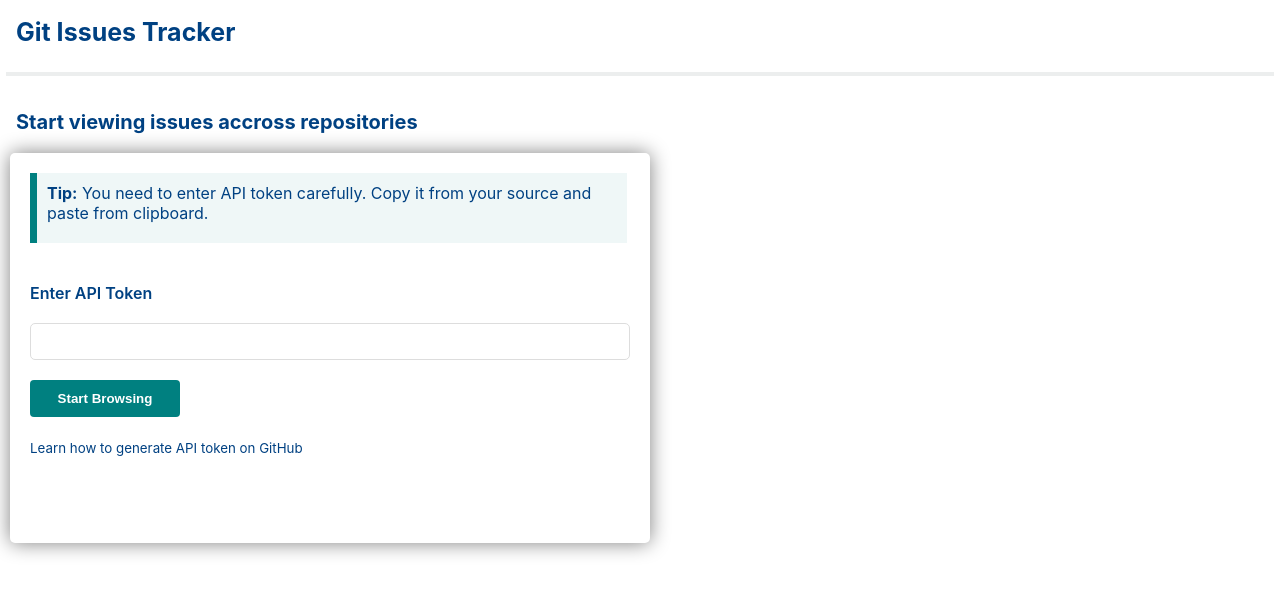
Repository: duzzisantos/github-repos-react-graphql
Page: /start
These files come from the project's save history. The page is drawn as it stood at one moment and after the next save; the edit follows.
The browser window is 1280 px wide. The page is 1285 px wide, so the pictures cover 1285 px, including what lies to the right of the window. The pictures show the whole page.
The project was rebuilt for these pictures with package versions that can differ from the ones it lists, and the page was loaded fresh each time. Also part of the build but not shown: src/App.css, src/components/table/Filters.tsx, src/components/table/Pagination.tsx, src/components/table/TableComponent.tsx, src/components/table/columnHelpers.ts, src/utilities/funtions.ts, src/pages/Repositories.tsx, src/components/cards/Cards.tsx and 1 more.

Above is the page before, as saved 2024-06-17 18:36:01.

### src/index.tsx
import React from "react";
import ReactDOM from "react-dom/client";
import "./index.css";
import App from "./App";
import reportWebVitals from "./reportWebVitals";
import { BrowserRouter } from "react-router-dom";
import { ApolloProvider } from "@apollo/client";
import client from "./api/apolloClient";

const root = ReactDOM.createRoot(
  document.getElementById("root") as HTMLElement
);
root.render(
  <React.StrictMode>
    <BrowserRouter>
      <ApolloProvider client={client}>
        <App />
      </ApolloProvider>
    </BrowserRouter>
  </React.StrictMode>
);

// If you want to start measuring performance in your app, pass a function
// to log results (for example: reportWebVitals(console.log))
// or send to an analytics endpoint. Learn more: https://bit.ly/CRA-vitals
reportWebVitals();

### src/App.tsx
import React from "react";
import "./App.scss";
import "./App.css";
import { Routes, Route } from "react-router-dom";
import StartPage from "./pages/StartPage";
import Repositories from "./pages/Repositories";
import ViewRepository from "./pages/ViewRepository";

function App() {
  return (
    <div className="App">
      <h1>Git Issues Tracker</h1>
      <hr />

      <Routes>
        <Route path="/" element={<StartPage />} />
        <Route path="/start" element={<StartPage />} />
        <Route path="/repositories" element={<Repositories />} />
        <Route path="/owner/repositoryName" element={<ViewRepository />} />
      </Routes>
    </div>
  );
}

export default App;

### src/api/apolloClient.ts
import { ApolloClient, InMemoryCache, createHttpLink } from "@apollo/client";
import { setContext } from "@apollo/client/link/context";

const http = createHttpLink({
  uri: "https://api.github.com/graphql",
});

const auth = setContext((_, { headers }) => {
  const apiToken = localStorage.getItem("authToken");

  return {
    headers: {
      ...headers,
      authorization: `Bearer ${apiToken}`,
    },
  };
});

const client = new ApolloClient({
  link: auth.concat(http),
  cache: new InMemoryCache(),
});

export default client;

### src/App.scss
/* Sass variables declared here: */

$color-dark: #212529;
$color-blue: rgb(0, 65, 130);
$color-teal: teal;
$padding-10: 10px;
$padding-20: $padding-10 * 2;
$padding-40: $padding-20 * 2;
$selected-display: flex;
$row: row;
$column: column;
$mb-20: 20px;
$mb-40: $mb-20 * 2;
$fw-600: 600;
$rounded-box: 5px;

/* Main and start page styles*/
.App {
  display: flex;
  flex-direction: column;
}

.container {
  width: 98.8%;
  padding: $padding-10 $padding-10;
  display: flex;
  flex-direction: $column;
  justify-content: center;
  bottom: 0;
  margin-left: auto;
  color: $color-blue;
}

h1 {
  font-size: 25px;
  padding: 0 $padding-10;
  color: $color-blue;
  margin-left: 6px;
}

h2 {
  margin-left: 6px;
  font-size: 20px;
}

hr {
  border: 2px solid rgb(236, 238, 238);
  width: 98.8%;
}

form {
  width: 600px;
  height: 350px;
  border-radius: $rounded-box;
  box-shadow: 0px 0px 20px gray;
  padding: $padding-20 $padding-20;
}

.form-group {
  display: $selected-display;
  flex-direction: $column;
}

.user-tip {
  height: 50px;
  width: 95%;
  padding: $padding-10 $padding-10;
  margin-bottom: $mb-40;
  border-left: 7px solid $color-teal;
  background-color: rgb(239, 247, 247);
}

label {
  margin-bottom: $mb-20;
  font-weight: $fw-600;
}

input {
  @extend label;
  padding: 10px;
  border: 1px solid rgb(221, 221, 221);
  border-radius: $rounded-box;
}

.primary-btn {
  @extend label;
  width: 25%;
  padding: $padding-10;
  background-color: $color-teal;
  border: 1px solid transparent;
  border-radius: 4px;
  color: white;
}

.read-docs {
  text-decoration: none;
  color: $color-blue;
}

.read-docs:hover {
  text-decoration-line: underline;
}

/* Content styles*/
.content-display {
  width: 81vw;
  overflow: auto;
  padding: $padding-20 $padding-20;
  margin-top: $mb-20;
}

.content-display > .display-items {
  width: 230%;
  padding: $padding-10 0;
}

/* Table styles */

tr {
  margin-bottom: $mb-20;
  border: 1px solid rgb(236, 238, 238);
}

.table-filter {
  background-color: $color-teal;
  color: white;
}

/* Miscellaneous styles */

### src/pages/StartPage.tsx
import React from "react";
import Container from "src/components/Container";
import Form from "src/components/Form";

const StartPage = () => {
  return (
    <Container
      pageSubTitle="Start viewing issues accross repositories"
      children={<Form />}
    />
  );
};

export default StartPage;

### src/components/Container.tsx
import React from "react";

interface ContainerProps {
  pageSubTitle: string;
  repositoryOwner?: string;
  children: any;
}

const Container = ({
  pageSubTitle,
  children,
  repositoryOwner,
}: ContainerProps) => {
  return (
    <main className="container">
      <section>
        <h2>{pageSubTitle}</h2>
        <h3>{repositoryOwner}</h3>
        {children}
      </section>
    </main>
  );
};

export default Container;

### src/components/Form.tsx
import React, { useState } from "react";
import { useNavigate } from "react-router-dom";
import { useLazyQuery } from "@apollo/client";
import { GET_ALL_REPOSITORIES } from "src/api/queryhelper";
//We need to specify the types of data we would be utilizing as state

const Form = () => {
  const [apiToken, setApiToken] = useState("");
  const [apiPayLoad, setApiPayload] = useState([]);
  const [getRepositories, { loading, error, data }] =
    useLazyQuery(GET_ALL_REPOSITORIES);

  const navigate = useNavigate();

  const handleChange = (e: any) => {
    setApiToken(e.target.value);
  };

  const handleSubmit = () => {
    localStorage.setItem("authToken", apiToken);

    //We make the GraphQL API call here
    getRepositories()
      .then((res: any) => {
        console.log(res.data);
        setApiPayload(res.data.viewer.repositories.nodes);
      })
      .catch((err) => {
        console.warn(err?.message);
      });
  };

  if (data) {
    navigate("/repositories", {
      state: {
        //this is the result we want to consume as we navigate to the /repositories route
        data: data.viewer.repositories.nodes,
        error: error,
        loading: loading,
        apiPayLoad,
      },
    });
  }

  return (
    <form>
      <div className="user-tip">
        <strong> Tip:</strong> You need to enter API token carefully. Copy it
        from your source and paste from clipboard.
      </div>

      <div className="form-group">
        <label htmlFor="apiToken">Enter API Token</label>
        <input
          type="text"
          name="apiToken"
          id="apiToken"
          value={apiToken}
          onChange={handleChange}
        />
        <button className="primary-btn" type="button" onClick={handleSubmit}>
          Start Browsing
        </button>

        <strong>{error && error.message}</strong>
      </div>
      <small className="form-text" id="info">
        <a
          className="read-docs"
          title="Read short documentation"
          href="https://docs.github.com/en/authentication/keeping-your-account-and-data-secure/managing-your-personal-access-tokens"
        >
          Learn how to generate API token on GitHub
        </a>
      </small>
    </form>
  );
};

export default Form;

### src/api/queryhelper.ts
import { gql } from "@apollo/client";

const GET_ALL_REPOSITORIES = gql`
  query {
    viewer {
      repositories(first: 50) {
        nodes {
          id
          name
          owner {
            login
          }
          visibility
          stargazerCount
          forkCount
          url
          issues {
            totalCount
          }
          licenseInfo {
            name
          }
          updatedAt
          createdAt
        }
      }
    }
  }
`;

const GET_REPOSITORY_BY_NAME = gql`
  query ($name: NAME!) {
    node(name: $name) {
      ... on Repository {
        id
        name
        owner {
          login
        }
        visibility
        stargazerCount
        forkCount
        url
        issues {
          totalCount
        }
        licenseInfo {
          name
        }
        updatedAt
        createdAt
      }
    }
  }
`;

export { GET_ALL_REPOSITORIES, GET_REPOSITORY_BY_NAME };

Loaded but not shown: public/index.html (common file); src/index.css (common file); src/reportWebVitals.ts (common file)

After the next save:
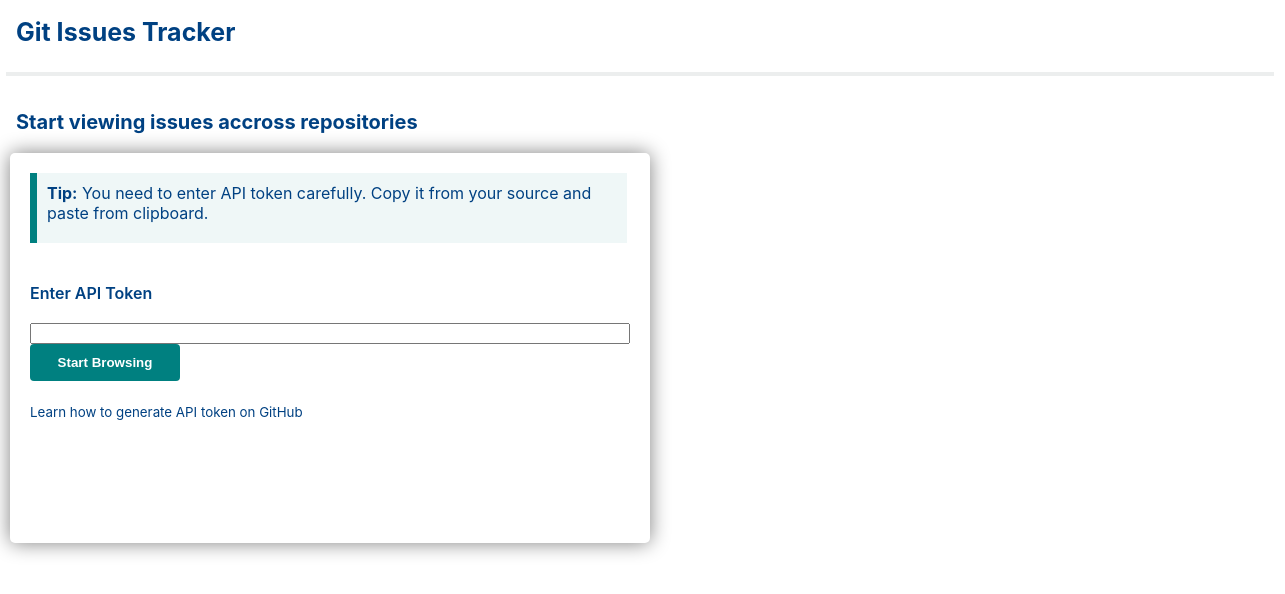
Saved 18 s later.
--- a/src/App.scss
+++ b/src/App.scss
@@ -75,7 +75,7 @@ label {
   font-weight: $fw-600;
 }
 
-input {
+.apiToken {
   @extend label;
   padding: 10px;
   border: 1px solid rgb(221, 221, 221);
